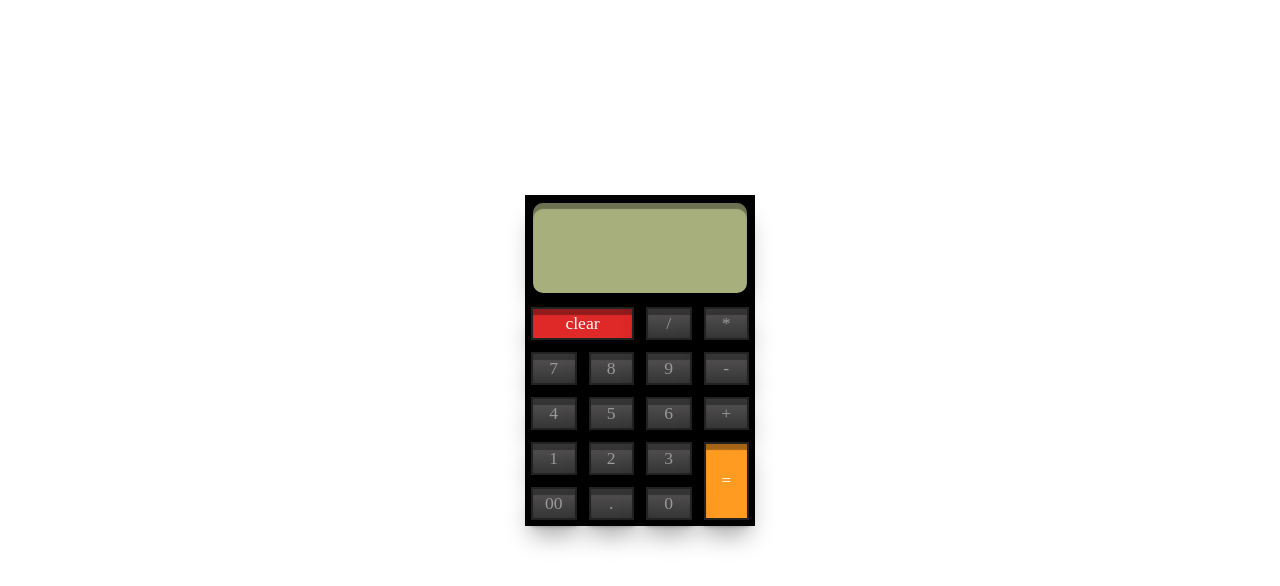
Repository: JunaidAnsari202/calculator
Page: index.html
These files come from the project's save history. The page is drawn as it stood at one moment and after the next save; the edit follows.
The browser window is 1280 px wide. The pictures show the whole page.

Above is the page before, as saved 2023-10-28 15:05:30.

### index.html
<!DOCTYPE html>
<html lang="en">
<head>
    <meta charset="UTF-8">
    <meta name="viewport" content="width=device-width, initial-scale=1.0">
    <title>Document</title>
    <link rel="stylesheet" href="style.css">
</head>
<body>

    <div class="caculator">
        <div class="button">
            <h2 id="value"></h2>
            <!-- <textarea name="" id="value" cols="1" rows="1" readonly></textarea> -->
            <span id="clear">clear</span>
            <span>/</span>
            <span>*</span>
            <span>7</span>
            <span>8</span>
            <span>9</span>
            <span>-</span>
            <span>4</span>
            <span>5</span>
            <span>6</span>
            <span id="plus">+</span>
            <span>1</span>
            <span>2</span>
            <span>3</span>
            <span id="equal">=</span>

            <span>00</span>
            <span>.</span>
            <span>0</span>


            </div>
    </div>
    <script src="script.js"></script>
</body>
</html>

### style.css
*{
    padding: 0;
    margin: 0;
    box-sizing: border-box;
    /* border: 1px red dashed; */
}

body{
    display: flex;
    justify-content: center;
    align-items: center;
    height: 100vh;

    /* background-color: rgb(109, 109, 109); */
    background-color: ;
}
.calculator{

    position: relative;
    width: 280px;
}

.button{
    position: relative;
    display: grid;
    background-color: black;
    width: 230px;

}

#value{
    width: 2em; /* Adjust the width as needed */
    height: 1.8em; /* Adjust the height as needed */
    resize: none;

    position: relative;
    margin: 8px;
    grid-column: span 4;
    height: 90px;
    line-height: 100px;
    padding: 0 5px ;
    border-radius: 10px;
    background-color: #a7af7c;
    text-align: right;
    font-size: 1.5rem;
    color: #3a3c2e;
    overflow: hidden;
    box-shadow: inset 0 6px 1px 0 rgba(0,0,0,0.35),
    0 5px 5px rgba(0,0,0,0.5),0 15px 25px rgba(0,0,0,0.35);
    width: calc(100% - 16px);
}


span{
    /* height: 25px; */

    position: relative;
    padding:4px;
    margin: 6px;
    min-width: 30px;
    font-size: 1.1rem;
    display: flex;
    justify-content: center;
    align-items: center;
    color: #999;
    border: 2px solid #222;
    background: linear-gradient(#555353,#363535);
    box-shadow: inset 0 6px 1px 0 rgba(0,0,0,0.35),
    0 5px 5px rgba(0,0,0,0.5),0 15px 25px rgba(0,0,0,0.35);
    user-select: none;
    cursor: pointer;
}

span::before{
    content: "";
    position: absolute;
    border-top: 2px solid #ccc;
    filter: blur(2px);
}

span:active{
    box-shadow: inset 0 6px 1px 0 rgba(0,0,0,0.35),
    0 5px 5px rgba(0,0,0,0.5),0 15px 25px rgba(0,0,0,0.35);

}

#clear{
grid-column: span 2;
background: rgba(247, 45, 45, 0.907);
color: white;
}

#equal{
    grid-row: span 2;
    /* height: 62px; */
    background: rgb(255, 155, 33);
    color: white;
}

### script.js
let buttons=document.querySelector(".button");
let btn=document.querySelectorAll("span");
let value=document.getElementById("value");

for(let i =0;i<btn.length;i++){
    btn[i].addEventListener("click",function(){
        if(this.innerHTML == "="){
            value.innerHTML = eval(value.innerHTML);

        }
        else{
            if(this.innerHTML== "clear"){
                value.innerHTML = " ";
            }else{
                value.innerHTML += this.innerHTML;
            }
        }
    })
}

After the next save:
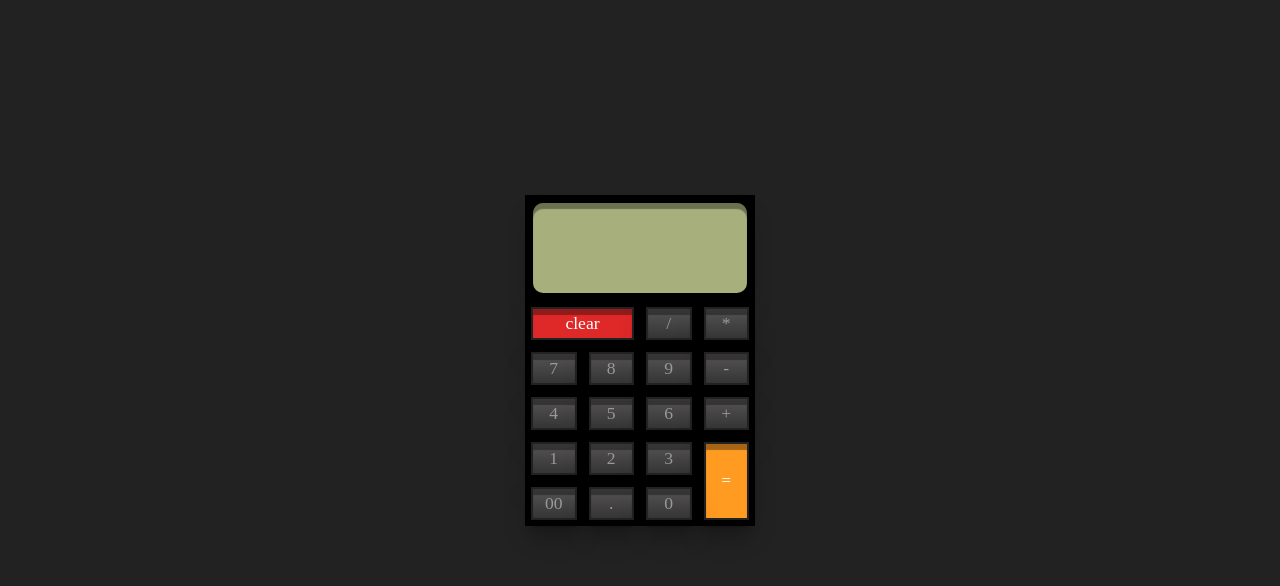
Saved 7 s later.
--- a/style.css
+++ b/style.css
@@ -12,7 +12,7 @@ body{
     height: 100vh;
 
     /* background-color: rgb(109, 109, 109); */
-    background-color: ;
+    background-color: #222;
 }
 .calculator{
 
